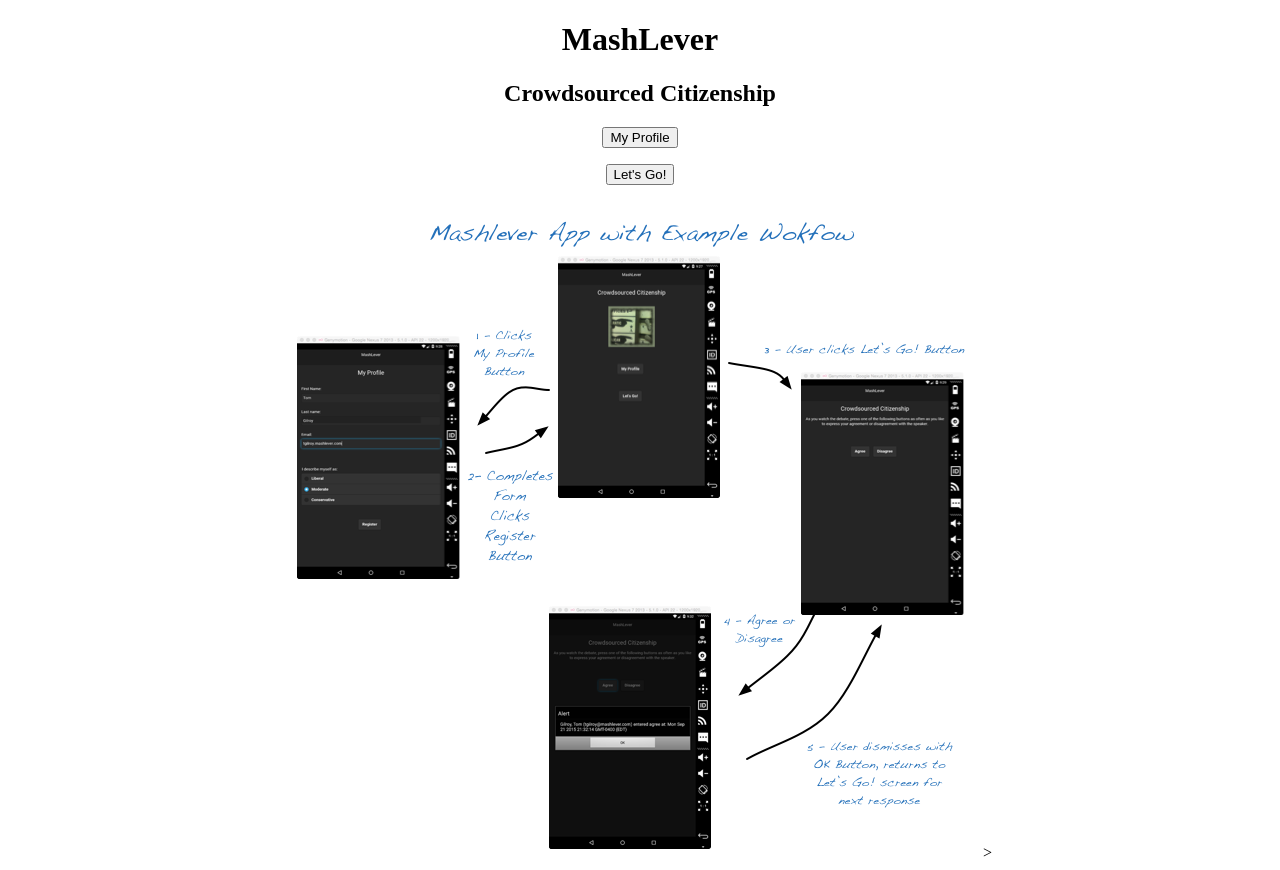
Repository: qtran3/itec4550
Page: MashleverWebpages/index.html
The author's editor kept a copy of each file at every save. The page is drawn from the files as they stood at one save, then again after the next save.
The browser window is 1280 px wide. The pictures show the whole page.

Above is the page before, as saved 2016-05-31 17:32:17.

### MashleverWebpages/index.html
<!DOCTYPE HTML PUBLIC "-//W3C//DTD HTML 4.01 Transitional//EN"
"http://www.w3.org/TR/html4/loose.dtd">
<html xmlns="http://www.w3.org/1999/xhtml">
	<head>
		<meta http-equiv="Content-Type" content="text/html; charset=utf-8" />
		<title>MashLever project</title>
	</head>
	<body align="center">
		<h1 id="indexHeader">MashLever</h1>
		<h2 id="idexSubHeader"> Crowdsourced Citizenship</h2>
		<p><button id="buttonProfile">My Profile</button></p>
		<p><button id="buttonPoll">Let's Go!</button></p>
		<img src="img/MashleverAppScreensAll.png"/>
	</body>

<script src="js/index.js"> </script>
</script>>
</html>

Loaded but not shown: MashleverWebpages/js/index.js (no copy from this time; the picture is the same without it)

After the next save:
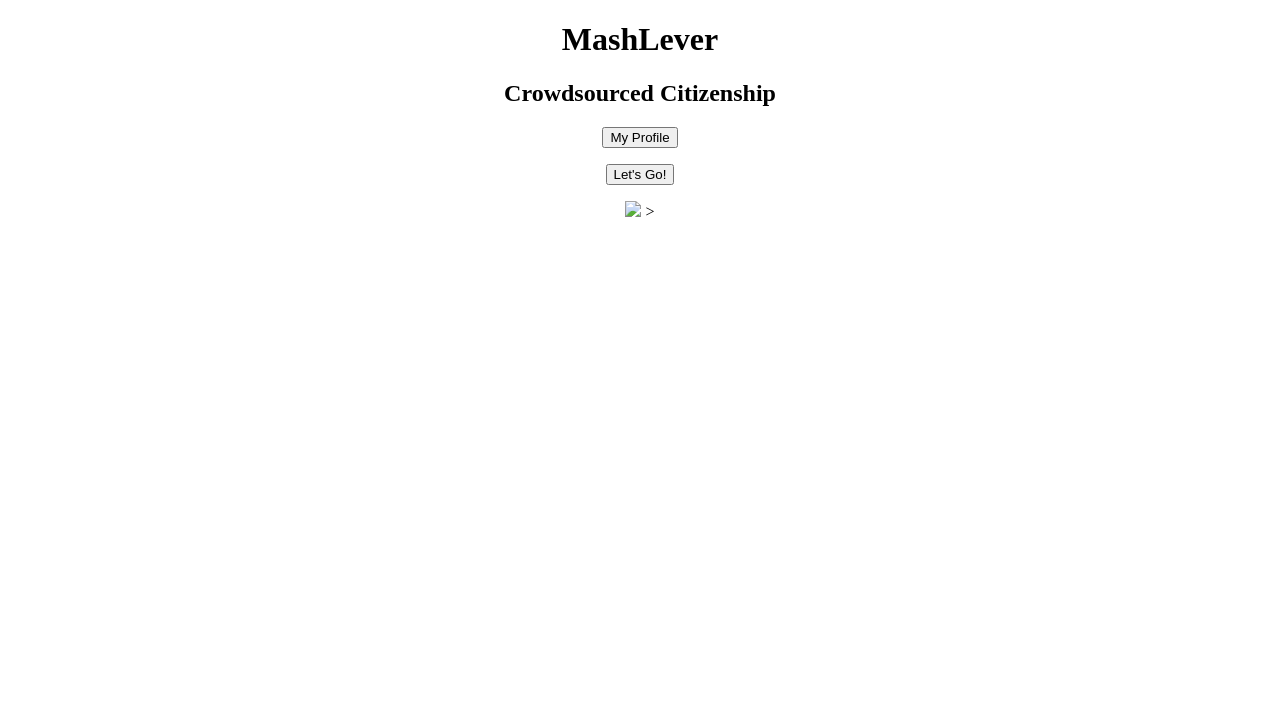
Not found: MashleverWebpages/img/votelevers.png
Saved 85 s later.
--- a/MashleverWebpages/index.html
+++ b/MashleverWebpages/index.html
@@ -10,7 +10,7 @@
 		<h2 id="idexSubHeader"> Crowdsourced Citizenship</h2>
 		<p><button id="buttonProfile">My Profile</button></p>
 		<p><button id="buttonPoll">Let's Go!</button></p>
-		<img src="img/MashleverAppScreensAll.png"/>
+		<img src="img/votelevers.png"/>
 	</body>
 
 <script src="js/index.js"> </script>

After the save that followed:
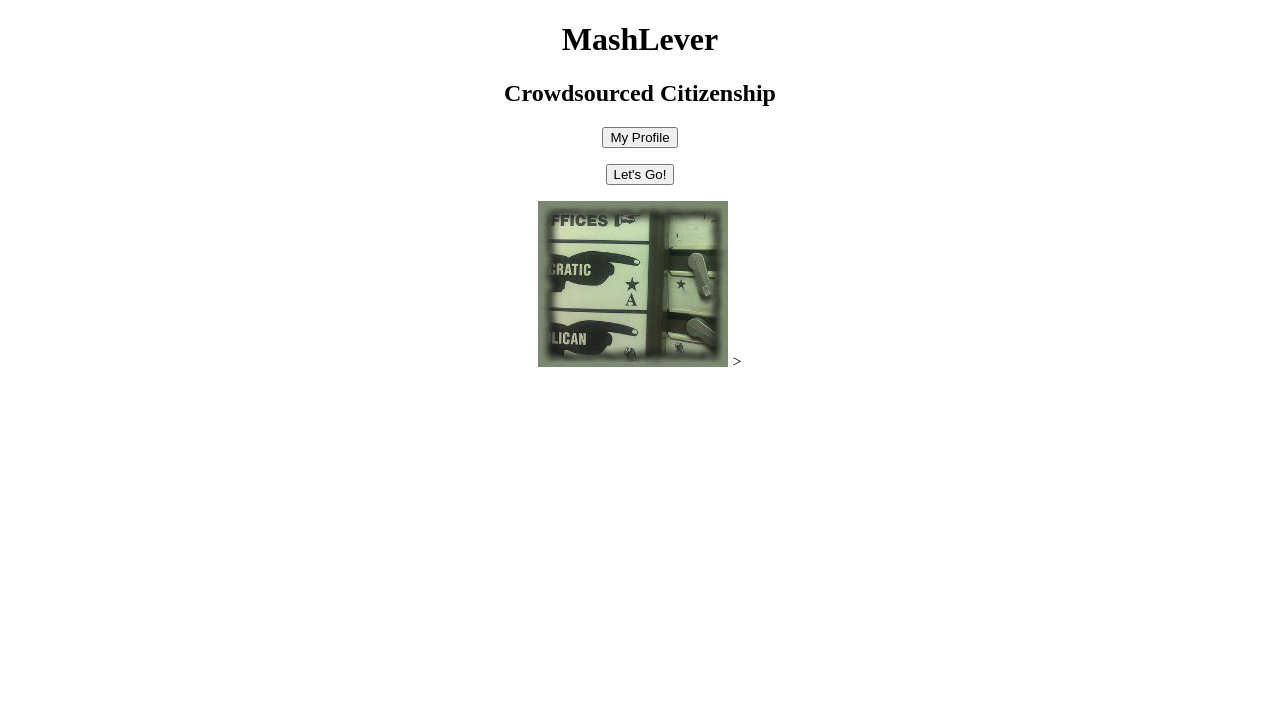
Saved 34 s later.
--- a/MashleverWebpages/index.html
+++ b/MashleverWebpages/index.html
@@ -10,7 +10,7 @@
 		<h2 id="idexSubHeader"> Crowdsourced Citizenship</h2>
 		<p><button id="buttonProfile">My Profile</button></p>
 		<p><button id="buttonPoll">Let's Go!</button></p>
-		<img src="img/votelevers.png"/>
+		<img src="img/votelevers.jpg"/>
 	</body>
 
 <script src="js/index.js"> </script>
